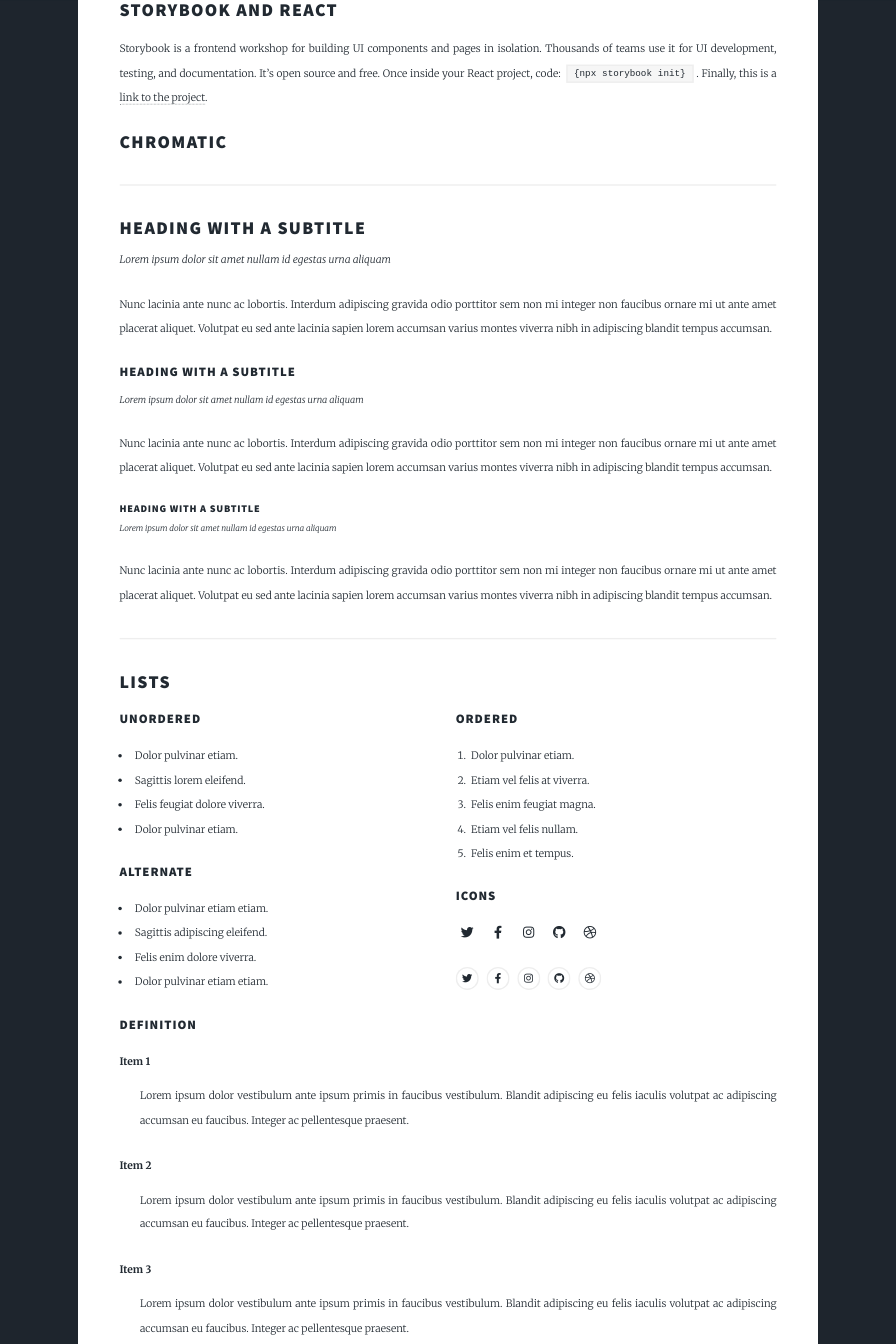
Repository: enlilsudo/Orlando-Portfolio
Page: elements.html
The author's editor kept a copy of each file at every save. The page is drawn from the files as they stood at one save, then again after the next save.
The browser window is 1280 px wide. The pictures show the part of the page from y = 1166 to 3086 px (the page is 9899 px tall before and 10019 px after), at 70% of full size.

Above is the page before, as saved 2023-02-19 13:42:10.

After the next save:
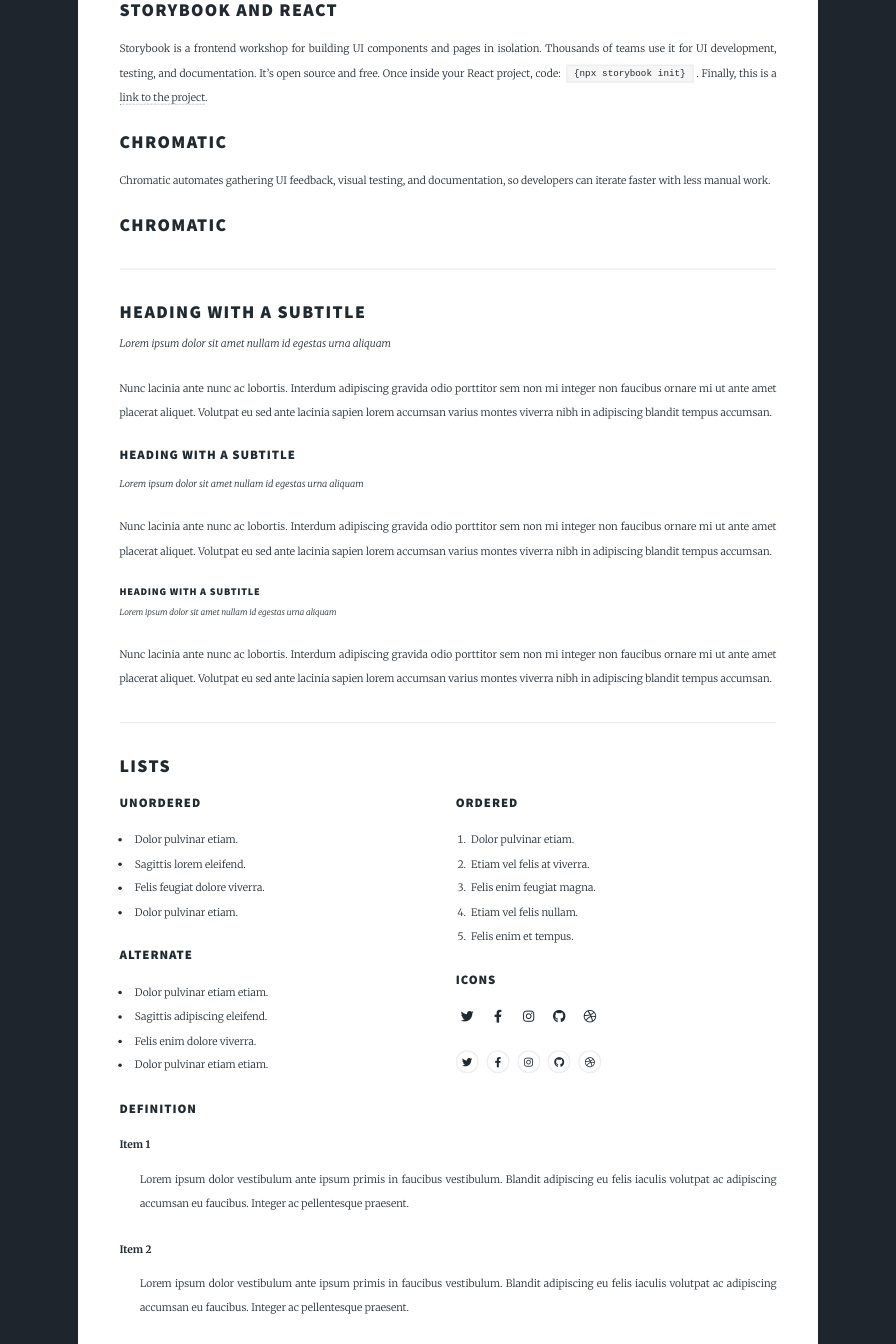
Saved 2 min 10 s later.
--- a/elements.html
+++ b/elements.html
@@ -68,7 +68,9 @@
 										It’s open source and free. Once inside your React project, code: <code>{npx storybook init}</code>.
 										Finally, this is a <a href="https://storybook.js.org/">link to the project</a>.</p>
 									<h2>Chromatic</h2>
-
+									<p>Chromatic automates gathering UI feedback, visual testing, and documentation, so developers can iterate faster with less manual work.
+									</p>
+									<h2>Chromatic</h2>
 									<hr />
 									<header>
 										<h2>Heading with a Subtitle</h2>
